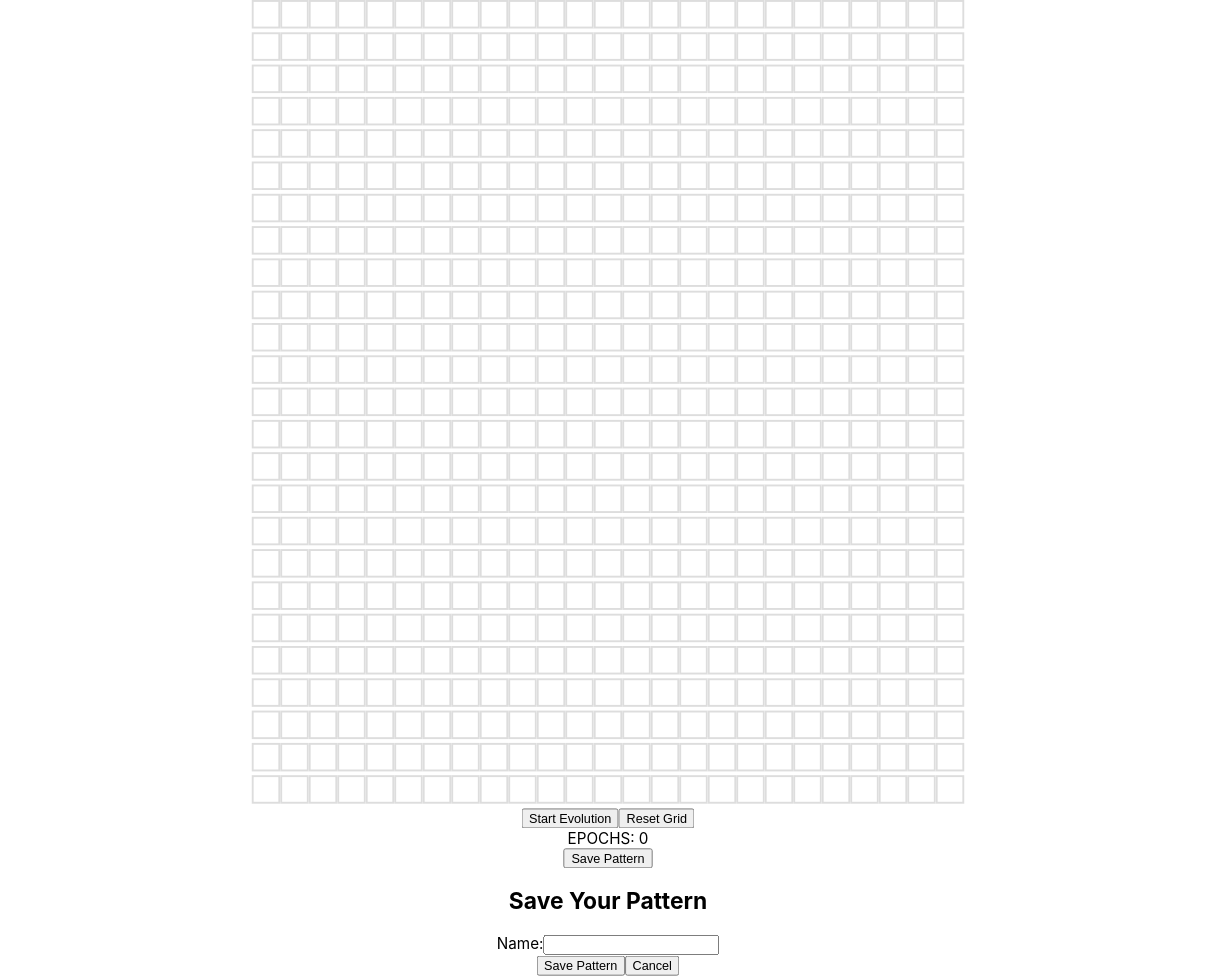
Repository: MarioDiekmann/GameOfLife
Page: /
The author's editor kept a copy of each file at every save. The page is drawn from the files as they stood at one save, then again after the next save.
The browser window is 1280 px wide. The pictures show the whole page, at 95% of full size.
The project was rebuilt for these pictures with package versions that can differ from the ones it lists, and the page was loaded fresh each time.

Above is the page before, as saved 2024-10-21 14:50:20.

After the next save:
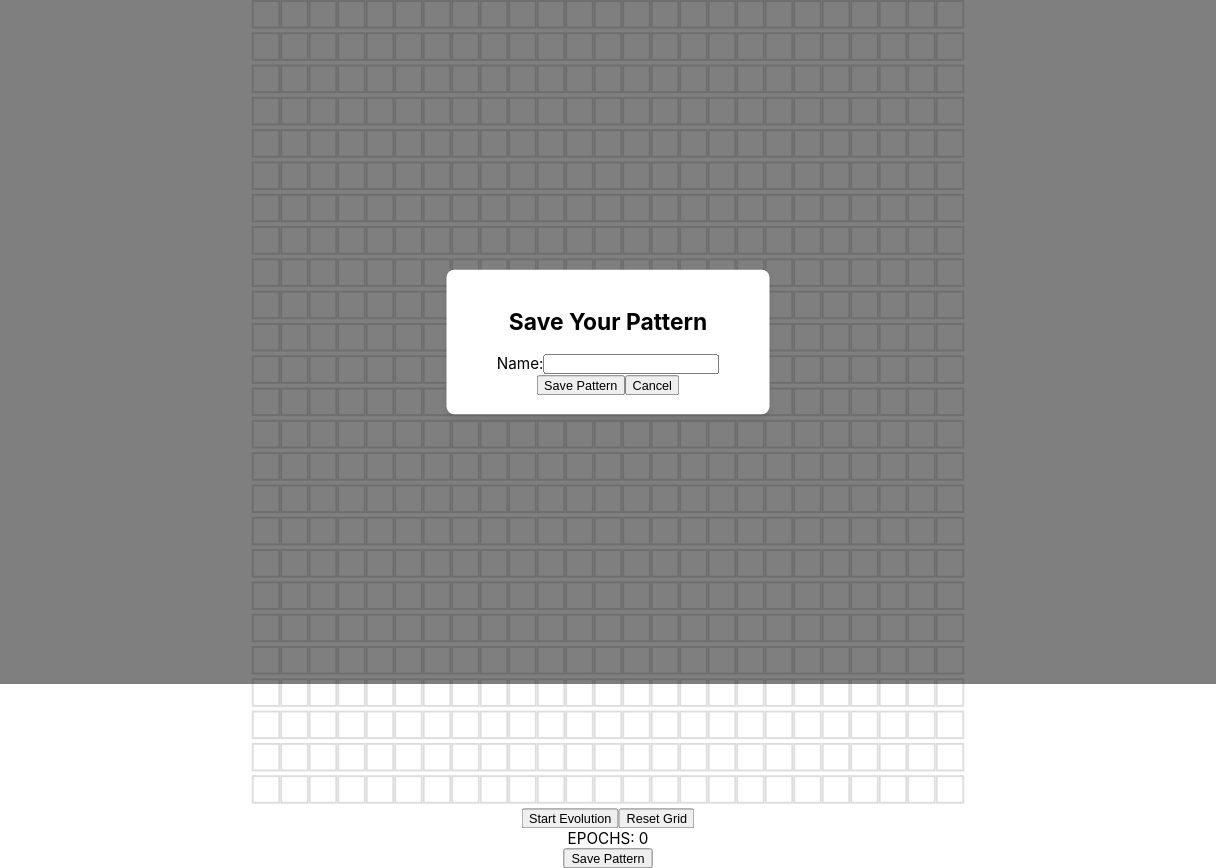
Saved 2 min 41 s later.
--- a/src/components/Game.js
+++ b/src/components/Game.js
@@ -2,6 +2,7 @@ import React, { useState, useEffect, useCallback, useRef } from "react";
 import Cell from "./Cell";
 import axios from "axios";
 import InputForm from "./InputForm";
+import './Game.css';
 
 const Game = () => {
     const startingsize = 25;
